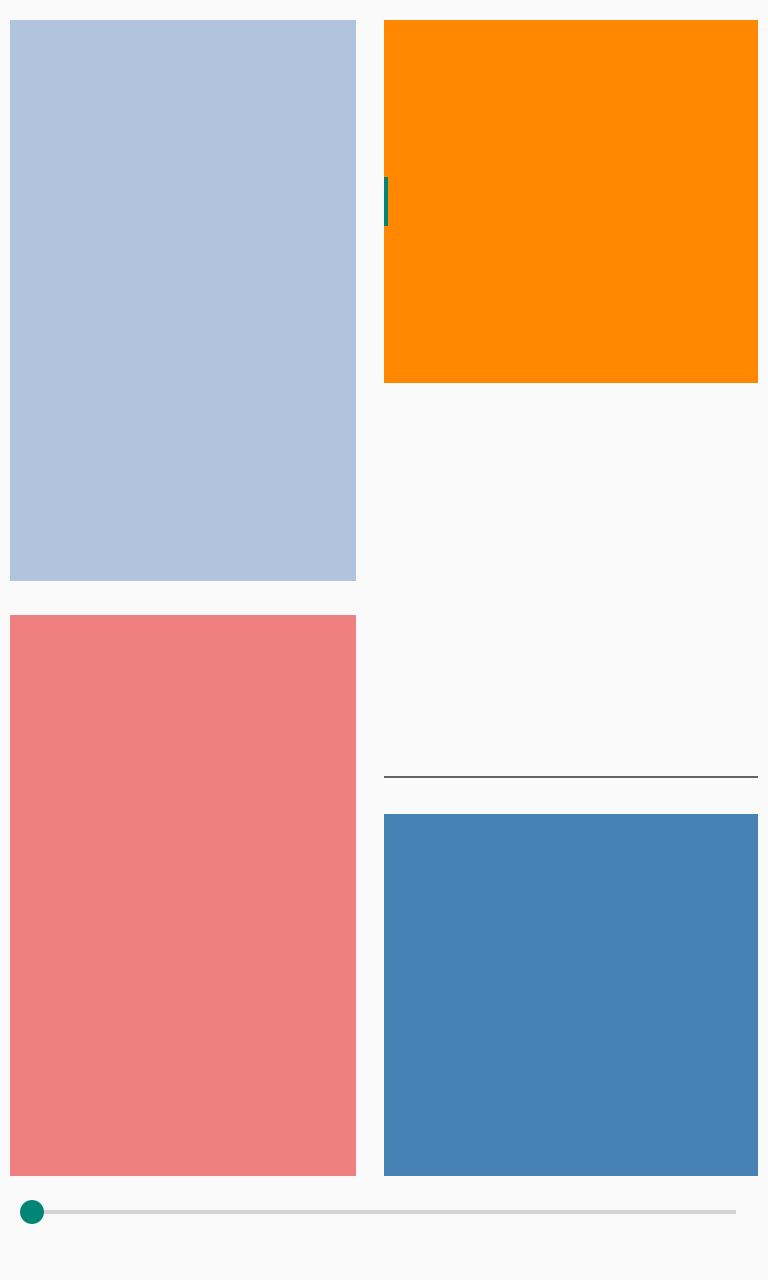
Repository: Damabiah0/public
Layout: androids/intentLab/ModerArtUI/res/layout/activity_master.xml
An editor plug-in stored every save of this project. The layout is shown before and after the next save, followed by the edit.
It is drawn on a 768 x 1280 px phone screen (xhdpi) without system bars, with theme AppTheme; the app's code is not run.

Above is the layout before, as saved 2015-05-31 15:21:28.

### androids/intentLab/ModerArtUI/res/layout/activity_master.xml
<TableLayout xmlns:android="http://schemas.android.com/apk/res/android"
    xmlns:tools="http://schemas.android.com/tools"
    android:layout_width="fill_parent"
    android:layout_height="fill_parent"
    android:orientation="horizontal"
    android:stretchColumns="1"
    tools:context="org.coursera.moderartui.MasterActivity" >

    <TableRow
        android:layout_width="fill_parent"
        android:layout_height="fill_parent"
        android:layout_weight="19"
        android:backgroundTint="@color/abc_background_cache_hint_selector_material_dark"
        android:backgroundTintMode="screen" >

        <LinearLayout
            android:id="@+id/LinearLayout0"
            android:layout_width="fill_parent"
            android:layout_height="fill_parent"
            android:layout_gravity="left"
            android:layout_margin="1dp"
            android:layout_weight="2"
            android:orientation="vertical" >

            <EditText
                android:id="@+id/editText01"
                android:layout_width="fill_parent"
                android:layout_height="fill_parent"
                android:layout_weight="2"
                android:backgroundTint="#B0C4DE"
                android:backgroundTintMode="screen"
                android:ems="10"
                android:inputType="textMultiLine" >

                <requestFocus />
            </EditText>

            <EditText
                android:id="@+id/editText02"
                android:layout_width="fill_parent"
                android:layout_height="fill_parent"
                android:layout_weight="2"
                android:backgroundTint="#F08080"
                android:backgroundTintMode="screen"
                android:ems="10"
                android:inputType="textMultiLine" />
        </LinearLayout>

        <LinearLayout
            android:id="@+id/LinearLayout1"
            android:layout_width="fill_parent"
            android:layout_height="fill_parent"
            android:layout_gravity="right"
            android:layout_margin="1dp"
            android:layout_weight="1"
            android:orientation="vertical" >

            <EditText
                android:id="@+id/editText11"
                android:layout_width="fill_parent"
                android:layout_height="fill_parent"
                android:layout_weight="2"
                android:backgroundTint="@android:color/holo_orange_dark"
                android:backgroundTintMode="screen"
                android:ems="10"
                android:inputType="textMultiLine" >

                <requestFocus />
            </EditText>

            <EditText
                android:id="@+id/editText12"
                android:layout_width="fill_parent"
                android:layout_height="fill_parent"
                android:layout_weight="2"
                android:ems="10"
                android:inputType="textMultiLine" />

            <EditText
                android:id="@+id/editText13"
                android:layout_width="fill_parent"
                android:layout_height="fill_parent"
                android:layout_weight="2"
                android:backgroundTint="#4682B4"
                android:backgroundTintMode="screen"
                android:ems="10"
                android:inputType="textMultiLine" />
        </LinearLayout>
    </TableRow>

  <TableRow
      android:layout_width="wrap_content"
      android:layout_height="wrap_content"
      android:layout_gravity="bottom"
      android:layout_weight="1" >

      <SeekBar
          android:id="@+id/seekBar1"
          android:layout_width="wrap_content"
          android:layout_height="wrap_content"
          android:layout_weight="1"
          android:max="100" />

   </TableRow>
</TableLayout>

### androids/intentLab/ModerArtUI/res/values/colors.xml
<?xml version="1.0" encoding="utf-8"?>
<resources>
    <color name="rosa">#FF00FF</color>
    <color />
</resources>

Loaded but not shown: androids/intentLab/ModerArtUI/res/values/styles.xml (common file); androids/intentLab/ModerArtUI/res/values-v11/styles.xml (common file); androids/intentLab/ModerArtUI/res/values-v14/styles.xml (common file)

After the next save:
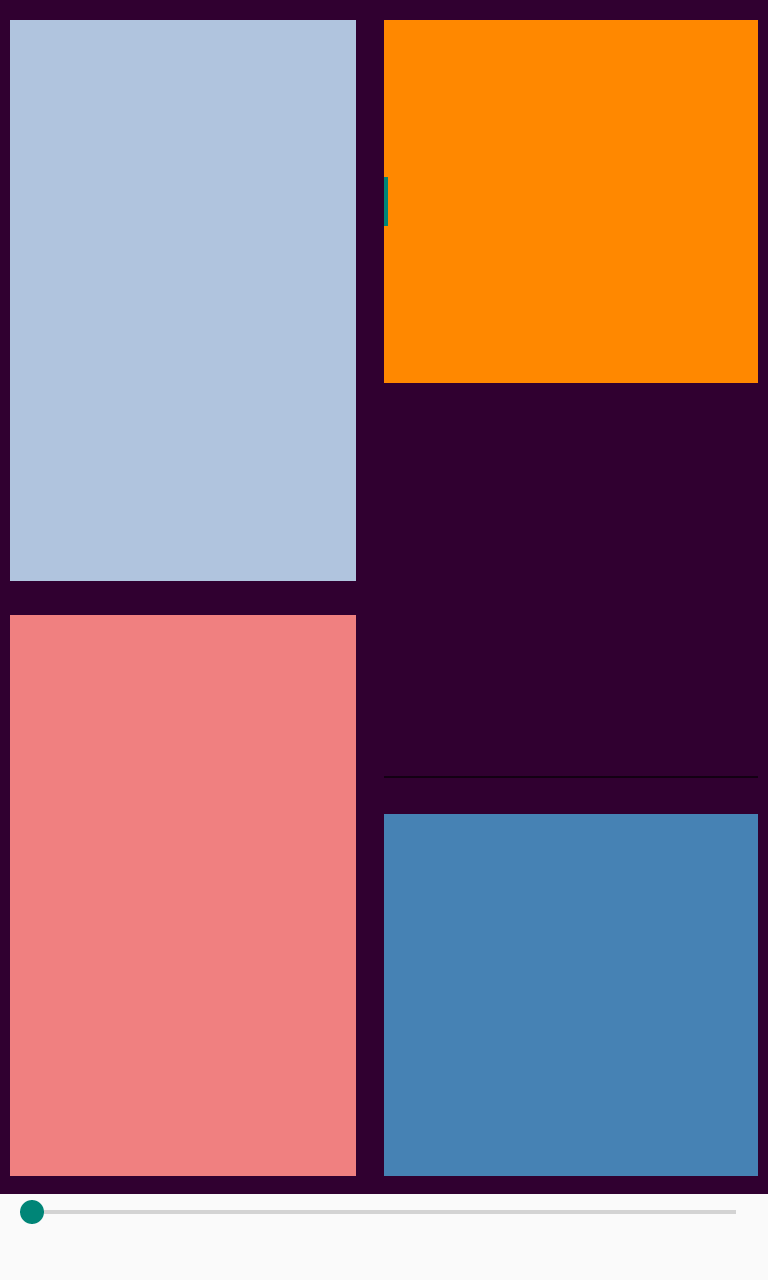
Saved 65 s later.
--- a/androids/intentLab/ModerArtUI/res/layout/activity_master.xml
+++ b/androids/intentLab/ModerArtUI/res/layout/activity_master.xml
@@ -10,8 +10,9 @@
         android:layout_width="fill_parent"
         android:layout_height="fill_parent"
         android:layout_weight="19"
+        android:background="@color/rosa"
         android:backgroundTint="@color/abc_background_cache_hint_selector_material_dark"
-        android:backgroundTintMode="screen" >
+        android:backgroundTintMode="multiply" >
 
         <LinearLayout
             android:id="@+id/LinearLayout0"
@@ -62,7 +63,6 @@
                 android:layout_weight="2"
                 android:backgroundTint="@android:color/holo_orange_dark"
                 android:backgroundTintMode="screen"
-                android:ems="10"
                 android:inputType="textMultiLine" >
 
                 <requestFocus />
